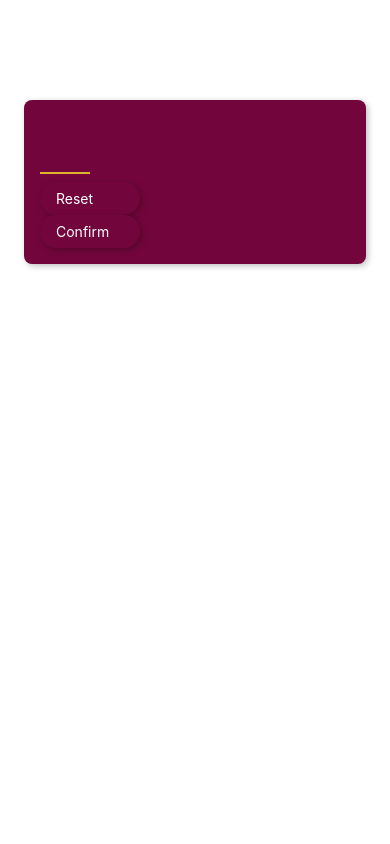
Repository: cobalt88/miniGameApp
Screen: /
The author's editor kept a copy of each file at every save. The screen is drawn from the files as they stood at one save, then again after the next save.
The app was drawn by React Native's web renderer in a window 390 px wide. The project was rebuilt for these pictures with package versions that can differ from the ones it lists, and the page was loaded fresh each time.

Above is the screen before, as saved 2023-02-02 16:40:06.

### App.js
import { StatusBar } from "expo-status-bar";
import { StyleSheet, Text, View } from "react-native";
import StartGameScreen from "./screens/StartGameScreen";

export default function App() {
  return <StartGameScreen />;
}

const styles = StyleSheet.create({});

### screens/StartGameScreen.js
import { View, TextInput, StyleSheet } from "react-native";
import PrimaryButton from "../components/PrimaryButton";

function StartGameScreen() {
  return (
    <View style={styles.inputContainer}>
      <TextInput
        style={styles.numberInput}
        maxLength={2}
        keyboardType="number-pad"
        autoCapitalize="none"
        autoCorrect={false}
      />
      <PrimaryButton>Reset</PrimaryButton>
      <PrimaryButton>Confirm</PrimaryButton>
    </View>
  );
}

export default StartGameScreen;

const styles = StyleSheet.create({
  inputContainer: {
    marginHorizontal: 24,
    borderRadius: 8,
    padding: 16,
    marginTop: 100,
    backgroundColor: "#72063c",
    elevation: 8,
    shadowColor: "black",
    shadowOffset: { width: 2, height: 2 },
    shadowOpacity: 0.25,
    shadowRadius: 6,
  },
  numberInput: {
    height: 50,
    fontSize: 32,
    borderBottomColor: "#ddb52f",
    borderBottomWidth: 2,
    color: "#ddb52f",
    textAlign: "center",
    marginVertical: 8,
    fontWeight: "bold",
    maxWidth: 50,
  },
});

### components/PrimaryButton.js
import { View, Text, Pressable, StyleSheet } from "react-native";

function PrimaryButton({ children }) {
  function pressHandler() {
    console.log("pressed the main button");
  }
  return (
    <Pressable onPress={pressHandler}>
      <View style={styles.buttonContainer}>
        <Text style={styles.buttonText}>{children}</Text>
      </View>
    </Pressable>
  );
}

export default PrimaryButton;

const styles = StyleSheet.create({
  buttonContainer: {
    backgroundColor: "#72063c",
    paddingVertical: 8,
    paddingHorizontal: 16,
    borderRadius: 28,
    elevation: 8,
    shadowColor: "black",
    shadowOffset: { width: 2, height: 2 },
    shadowOpacity: 0.25,
    shadowRadius: 6,
    width: 100,
    flexDirection: "row",
  },
  buttonText: {
    color: "white",
    textAlign: "center",
  },
});

After the next save:
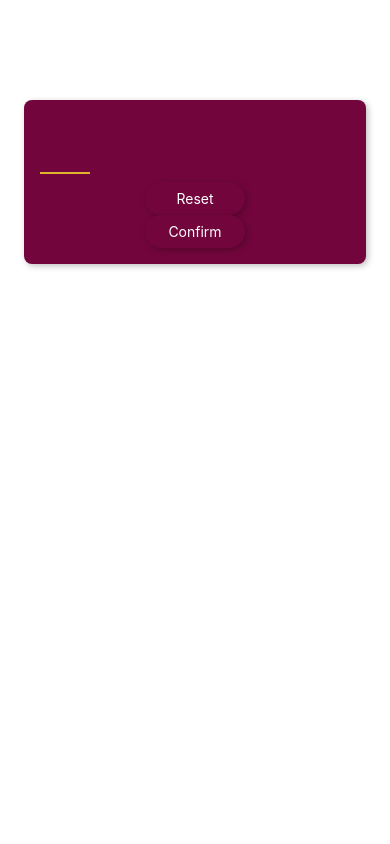
Saved 24 s later.
--- a/components/PrimaryButton.js
+++ b/components/PrimaryButton.js
@@ -27,7 +27,7 @@ const styles = StyleSheet.create({
     shadowOpacity: 0.25,
     shadowRadius: 6,
     width: 100,
-    flexDirection: "row",
+    margin: "auto",
   },
   buttonText: {
     color: "white",
